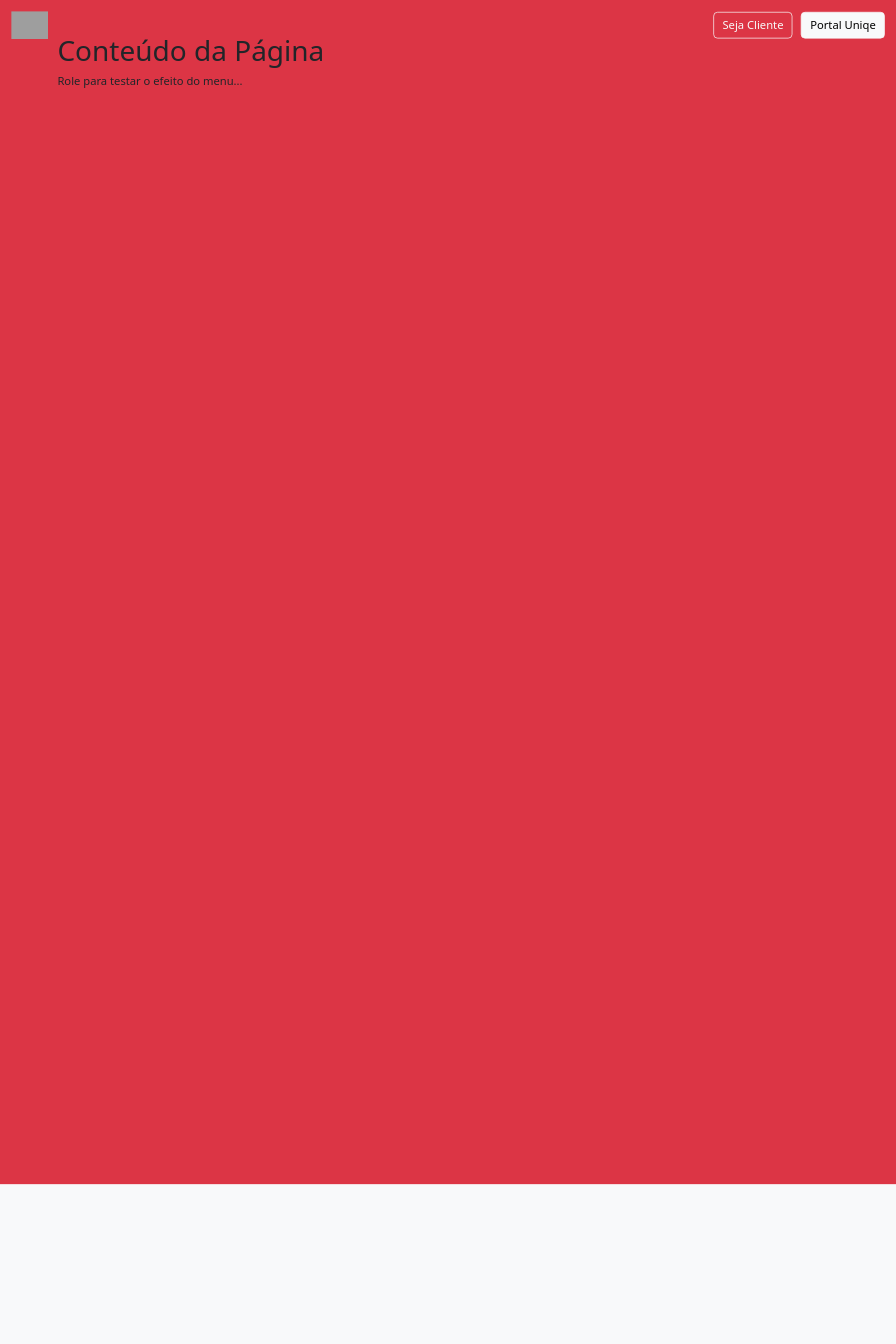
Repository: SkyTeam-Dev/Site-Uniqe
Page: http://localhost/
These files come from the project's save history. The page is drawn as it stood at one moment and after the next save; the edit follows.
The browser window is 1280 px wide. The pictures show the part of the page from y = 0 to 1920 px (the page is 5192 px tall before and 4220 px after), at 70% of full size.
Pictures or frames that could not be fetched are drawn as grey boxes. The page is run by PHP 8.4 with error messages shown; the project is at /var/www/html/.

Above is the page before, as saved 2025-07-03 09:57:13.

After the next save:
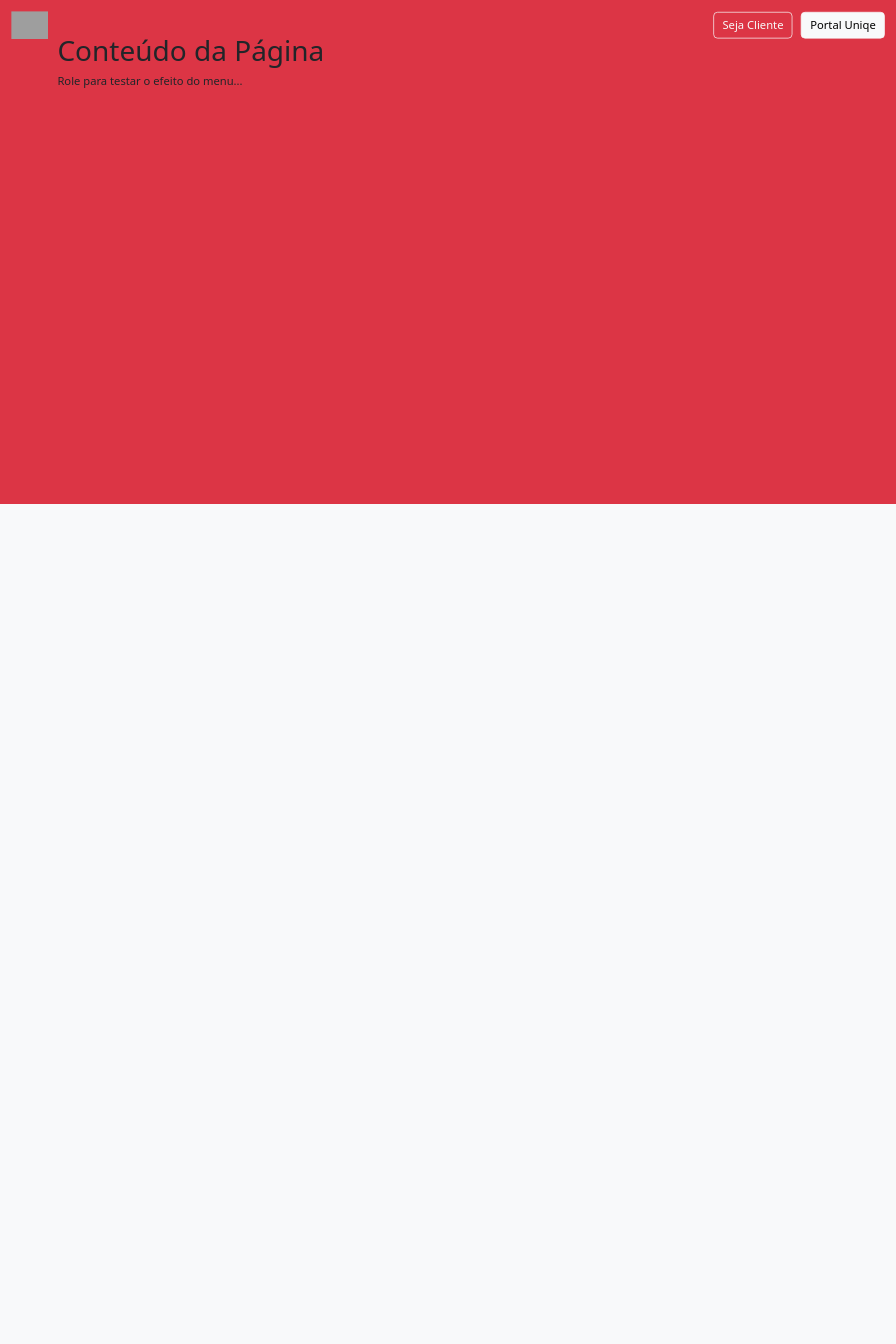
Saved 11 s later.
--- a/index.php
+++ b/index.php
@@ -183,10 +183,10 @@
 <!-- Conteúdo fictício -->
 <main class="bg-danger">
 
-  <section class="container py-5 Cabecalho" id="Cabecalho">
+  <section class="container py-5 Hero" id="Hero">
     <h1>Conteúdo da Página</h1>
     <p>Role para testar o efeito do menu...</p>
-    <div style="height: 1500px;"></div>
+
   </section>
 
 </main>
